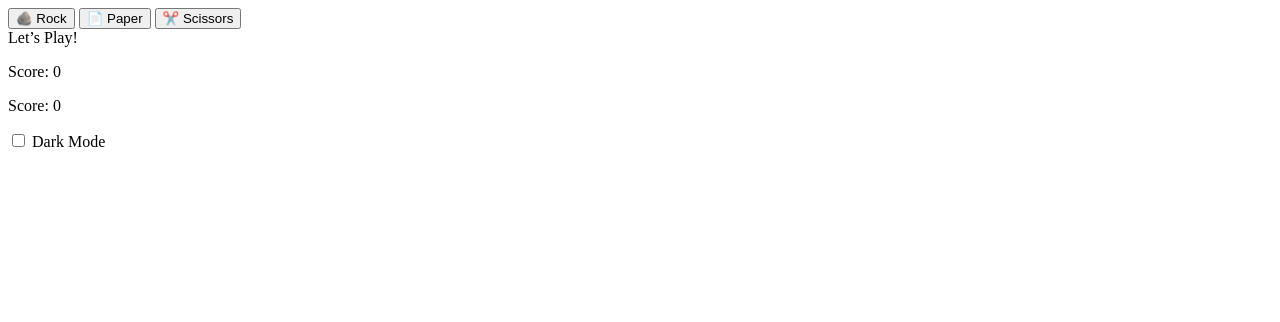
Repository: alokanand524/anand-portfolio
Page: games/rock-paper-game/index.html
The author's editor kept a copy of each file at every save. The page is drawn from the files as they stood at one save, then again after the next save.
The browser window is 1280 px wide. The pictures show the whole page.

Above is the page before, as saved 2025-07-31 16:02:26.

### games/rock-paper-game/index.html
<!DOCTYPE html>
<html lang="en">

<head>
    <meta charset="UTF-8">
    <meta name="viewport" content="width=device-width, initial-scale=1.0">
    <title>✂️ Rock Paper Scissors</title>
</head>

<body>
    <div class="button-group">
        <button id="rock-btn">🪨 Rock</button>
        <button id="paper-btn">📄 Paper</button>
        <button id="scissors-btn">✂️ Scissors</button>
    </div>

    <div id="result" class="result-text">Let’s Play!</div>
    <div class="scoreboard">
        <p id="player-score">Score: 0</p>
        <p id="computer-score">Score: 0</p>
    </div>

    <ul id="history-log" class="history-log"></ul>

    <label>
        <input type="checkbox" id="dark-mode-toggle" />
        Dark Mode
    </label>

</body>

</html>

After the next save:
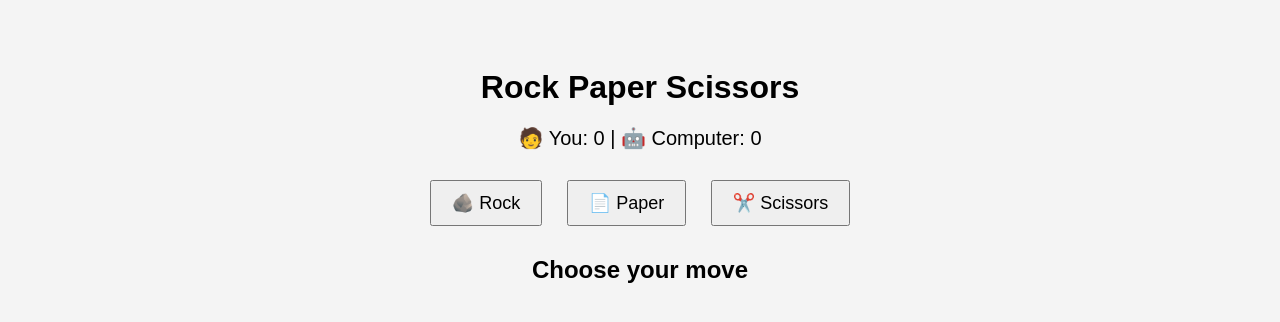
Saved 2 min 46 s later.
--- a/games/rock-paper-game/index.html
+++ b/games/rock-paper-game/index.html
@@ -1,32 +1,112 @@
 <!DOCTYPE html>
 <html lang="en">
+<head>
+  <meta charset="UTF-8">
+  <title>Rock Paper Scissors</title>
+  <style>
+    body {
+      font-family: Arial, sans-serif;
+      background: #f4f4f4;
+      text-align: center;
+      padding: 40px;
+    }
 
-<head>
-    <meta charset="UTF-8">
-    <meta name="viewport" content="width=device-width, initial-scale=1.0">
-    <title>✂️ Rock Paper Scissors</title>
+    h1 {
+      margin-bottom: 10px;
+    }
+
+    .score-board {
+      margin: 20px 0;
+    }
+
+    .scores {
+      font-size: 20px;
+    }
+
+    .choices {
+      margin: 20px 0;
+    }
+
+    button.choice {
+      font-size: 18px;
+      padding: 10px 20px;
+      margin: 10px;
+      cursor: pointer;
+    }
+
+    .result {
+      font-size: 24px;
+      font-weight: bold;
+      margin-top: 20px;
+    }
+
+    ul#history {
+      list-style: none;
+      padding: 0;
+    }
+
+    ul#history li {
+      margin: 5px 0;
+    }
+  </style>
 </head>
+<body>
 
-<body>
-    <div class="button-group">
-        <button id="rock-btn">🪨 Rock</button>
-        <button id="paper-btn">📄 Paper</button>
-        <button id="scissors-btn">✂️ Scissors</button>
+  <h1>Rock Paper Scissors</h1>
+
+  <div class="score-board">
+    <div class="scores">
+      🧑 You: <span id="player-score">0</span> |
+      🤖 Computer: <span id="computer-score">0</span>
     </div>
+  </div>
 
-    <div id="result" class="result-text">Let’s Play!</div>
-    <div class="scoreboard">
-        <p id="player-score">Score: 0</p>
-        <p id="computer-score">Score: 0</p>
-    </div>
+  <div class="choices">
+    <button class="choice" onclick="play('rock')">🪨 Rock</button>
+    <button class="choice" onclick="play('paper')">📄 Paper</button>
+    <button class="choice" onclick="play('scissors')">✂️ Scissors</button>
+  </div>
 
-    <ul id="history-log" class="history-log"></ul>
+  <div class="result" id="result">Choose your move</div>
 
-    <label>
-        <input type="checkbox" id="dark-mode-toggle" />
-        Dark Mode
-    </label>
+  <ul id="history"></ul>
+
+  <script>
+    const options = ['rock', 'paper', 'scissors'];
+    let playerScore = 0;
+    let computerScore = 0;
+
+    function play(playerChoice) {
+      const computerChoice = options[Math.floor(Math.random() * 3)];
+      let result = '';
+
+      if (playerChoice === computerChoice) {
+        result = "🤝 It's a tie!";
+      } else if (
+        (playerChoice === 'rock' && computerChoice === 'scissors') ||
+        (playerChoice === 'paper' && computerChoice === 'rock') ||
+        (playerChoice === 'scissors' && computerChoice === 'paper')
+      ) {
+        playerScore++;
+        result = `🎉 You win! ${emoji(playerChoice)} beats ${emoji(computerChoice)}.`;
+      } else {
+        computerScore++;
+        result = `😢 You lose! ${emoji(computerChoice)} beats ${emoji(playerChoice)}.`;
+      }
+
+      document.getElementById('player-score').textContent = playerScore;
+      document.getElementById('computer-score').textContent = computerScore;
+      document.getElementById('result').textContent = result;
+
+      const log = document.createElement('li');
+      log.textContent = `You: ${emoji(playerChoice)} vs Computer: ${emoji(computerChoice)} → ${result}`;
+      document.getElementById('history').prepend(log);
+    }
+
+    function emoji(choice) {
+      return choice === 'rock' ? '🪨' : choice === 'paper' ? '📄' : '✂️';
+    }
+  </script>
 
 </body>
-
 </html>
